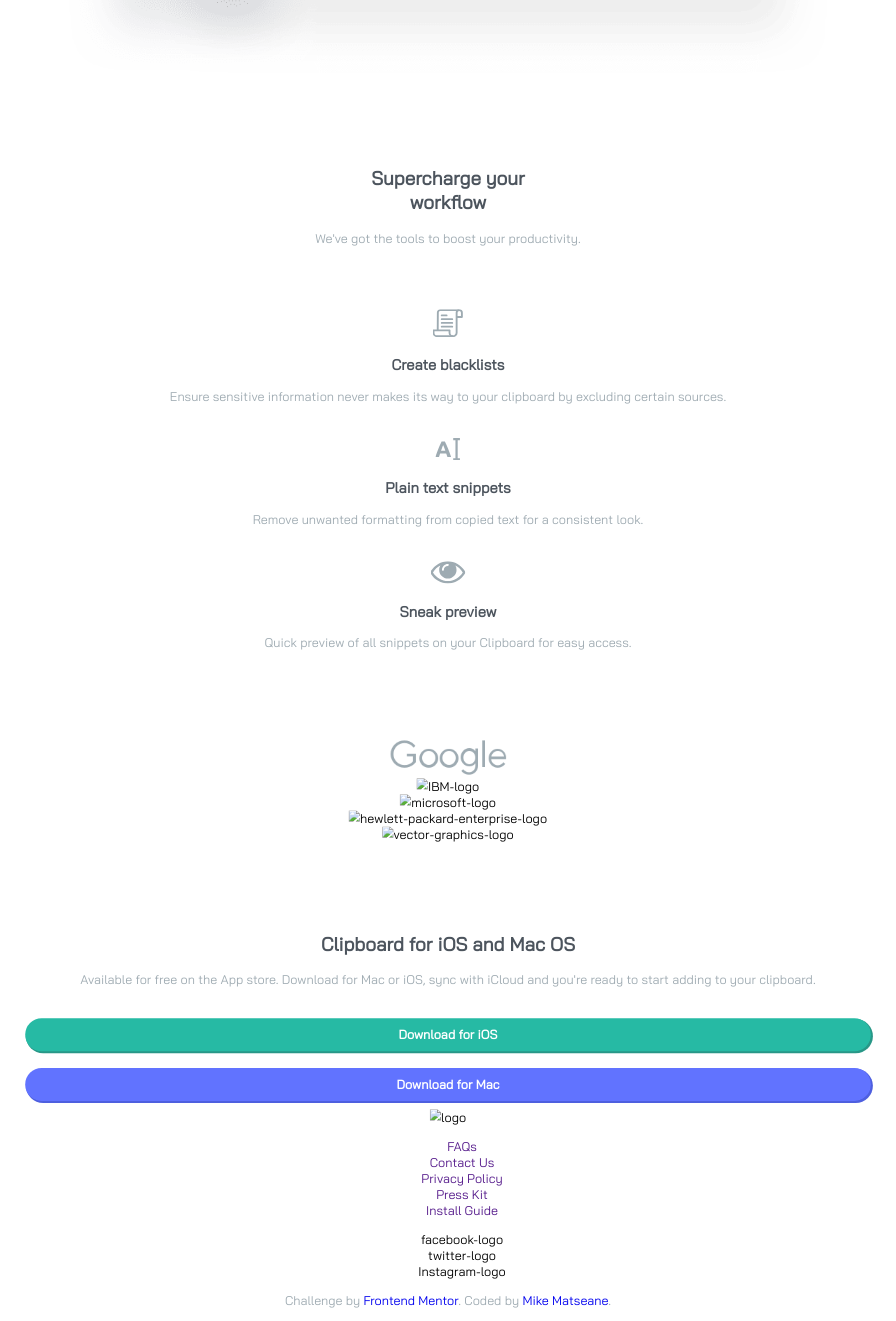
Repository: mikempho/Clipboard-landing-page
Page: index.html
The author's editor kept a copy of each file at every save. The page is drawn from the files as they stood at one save, then again after the next save.
The browser window is 1280 px wide. The pictures show the part of the page from y = 3034 to 4954 px (the page is 4921 px tall before and 4954 px after), at 70% of full size.

Above is the page before, as saved 2022-04-11 11:51:29.

### index.html
<!DOCTYPE html>
<html lang="en">
  <head>
    <meta charset="UTF-8">
    <meta name="viewport" content="width=device-width, initial-scale=1.0"> <!-- displays site properly based on user's device -->

    <link rel="icon" type="image/png" sizes="32x32" href="./images/favicon-32x32.png">
    <link rel="stylesheet" href="/css/style.css">

    <title>Frontend Mentor | Clipboard landing page</title>

  </head>
  <body>
    <header class="header">
      <img class="logo" src="/images/logo.svg" alt="">
    </header>
    <main>
      <section class="hero">
        <h1>A history of <br> everything you copy</h1>
        <p>Clipboard allows you to track and organize everything you copy, instantly access your clipboard on all your devices.</p>
        <div class="buttons">
          <a class="iOS-btn" href="#">Download for iOS</a>
          <a class="mac-btn" href="#">Download for Mac</a>
        </div>
      </section>
      <section class="section-1">
        <h2>Keep track of your <br> snippets</h2>
        <p>Clipboard instantly stores any item you copy in the cloud, meaning you can access your snippets immediately on all your devices. Our Mac and IOS apps will help you organize everything.</p>
        <div class="features">
          <img class="feature-img" src="/images/image-computer.png" alt="desktop-screen">
          <ul class="list-of-features">
            <li>
              <h3>Quick Search</h3>
              <p>Easily search your snippets by content, category, web address, application, and more.</p>
            </li>
            <li>
              <h3>iCloud Sync</h3>
              <p>Instantly saves and syncs snippets across all your devices</p>
            </li>
            <li>
              <h3>Complete History</h3>
              <p>Retrieve any snippets from the first moment you started using the app.</p>
            </li>
          </ul>
        </div>
      </section>
      <section class="section-2">
        <h2>Access Clipboard <br>Anywhere</h2>
        <p>whether you're on the go, or at your computer, you can access all your Clipboard snippets in a few simple clicks.</p>
        <img class="mobile-tablet-screen" src="/images/image-devices.png" alt="mobile-tablet-screen">
      </section>
      <section class="section-3">
        <h2>Supercharge your <br> workflow</h2>
        <p>We've got the tools to boost your productivity.</p>
        <div>
          <ul class="list-of-features">
            <li>
              <img class="feature-icons" src="/images/icon-blacklist.svg" alt="paper-img">
              <h3>Create blacklists</h3>
              <p>Ensure sensitive information never makes its way to your clipboard by excluding certain sources.</p>
            </li>
            <li>
              <img class="feature-icons" src="/images/icon-text.svg" alt="AI-logo-img">
              <h3>Plain text snippets</h3>
              <p>Remove unwanted formatting from copied text for a consistent look.</p>
            </li>
            <li>
              <img class="feature-icons" src="/images/icon-preview.svg" alt="eye-img">
              <h3>Sneak preview</h3>
              <p>Quick preview of all snippets on your Clipboard for easy access.</p>
            </li>
          </ul>
        </div>
      </section>
      <section class="section-4">
        <ul class="company-logos">
          <li><img src="/images/logo-google.png" alt="google-logo"></li>
          <li><img src="" alt="IBM-logo"></li>
          <li><img src="" alt="microsoft-logo"></li>
          <li><img src="" alt="hewlett-packard-enterprise-logo"></li>
          <li><img src="" alt="vector-graphics-logo"></li>
        </ul>
      </section>
      <section class="section-5">
        <h2>Clipboard for iOS and Mac OS</h2>
        <p>Available for free on the App store. Download for Mac or iOS, sync with iCloud and you're ready to start adding to your clipboard.</p>
        <div class="buttons">
          <a class="iOS-btn" href="">Download for iOS</a>
          <a class="mac-btn" href="">Download for Mac</a>
        </div>
      </section>
    </main>

    <footer>
      <div class="footer">
        <img src="" alt="logo">
        <ul class="footer-menu">
          <li><a href="">FAQs</a></li>
          <li><a href="">Contact Us</a></li>
          <li><a href="">Privacy Policy</a></li>
          <li><a href="">Press Kit</a></li>
          <li><a href="">Install Guide</a></li>
        </ul>
        <ul class="social-links">
          <li><a href=""></a>facebook-logo</li>
          <li><a href=""></a>twitter-logo</li>
          <li><a href=""></a>Instagram-logo</li>
        </ul>
      </div>
      <p class="attribution">
        Challenge by <a href="https://www.frontendmentor.io?ref=challenge" target="_blank">Frontend Mentor</a>.
        Coded by <a href="#">Mike Matseane</a>.
      </p>
    </footer>
  </body>
</html>

### css/style.css
/* Universal styling */
body {
    margin: 0;
    padding: 0;
    text-align: center;
    Font-size: 18px;
    font-family: Bai-Jamjuree;
}

* {
    list-style: none;
    text-decoration: none;
}

:root {
    /* Primary colors */
    --Strong-Cyan: hsl(171, 66%, 44%);
    --Light-Blue: hsl(233, 100%, 69%);
    /* Neutral colors */
    --Dark-Grayish-Blue: hsl(210, 10%, 33%);
    --Grayish-Blue: hsl(201, 11%, 66%);
    /* Spacing */
    --container-padding: 4%;
}

@font-face {
    font-family: Bai-Jamjuree;
    src: url(/Assets/Fonts/Bai_Jamjuree/BaiJamjuree-Regular.ttf);
}

h1, h2, h3{
    color: var(--Dark-Grayish-Blue);
}

p {
    color: var(--Grayish-Blue);
}

/* header section */

.header {
    background-image: url(/images/bg-header-mobile.png);
    background-repeat: no-repeat;
    background-size: cover;
}

.logo {
    margin: 8rem 0 5rem 0;
}

/* hero section */
.hero {
    padding-left: var(--container-padding);
    padding-right: var(--container-padding);
    margin-bottom: 8rem;
}

.buttons{
    margin-top: 2rem;
}
.buttons a {
    display: inline-block;
    padding: 12px 15px;
    width: 92%;
    margin: 12px 0;
    color: white;
    border-radius: 50px;
    font-weight: 600;
}

.iOS-btn {
    background-color: var(--Strong-Cyan);
    box-shadow: 2px 2px 0px 1px rgba(17, 140, 122, 0.9);

}

.mac-btn {
    background-color: var(--Light-Blue);
    box-shadow: 2px 2px 0px 1px rgba(37, 58, 216, 0.81);

}

/* Section-1 */

.section-1 {
    padding-left: var(--container-padding);
    padding-right: var(--container-padding);
    margin-bottom: 8rem;
}

.feature-img, .mobile-tablet-screen {
    margin-top: 60px;
    width: 92%;
}

/* Section-2 */

.section-2 {
    padding-left: var(--container-padding);
    padding-right: var(--container-padding);    margin-bottom: 8rem;
}

/* Section-3 */
.section-3 {
    padding-left: var(--container-padding);
    padding-right: var(--container-padding);
    margin-bottom: 8rem;
}

.feature-icons {
    margin-top: 30px;
}

.list-of-features {
    margin-top: 60px;
    padding: 0%;
}

/* Section 4 */

.section-4 {
    margin-bottom: 8rem;
}

.company-logos{
    padding: 0%;
}

After the next save:
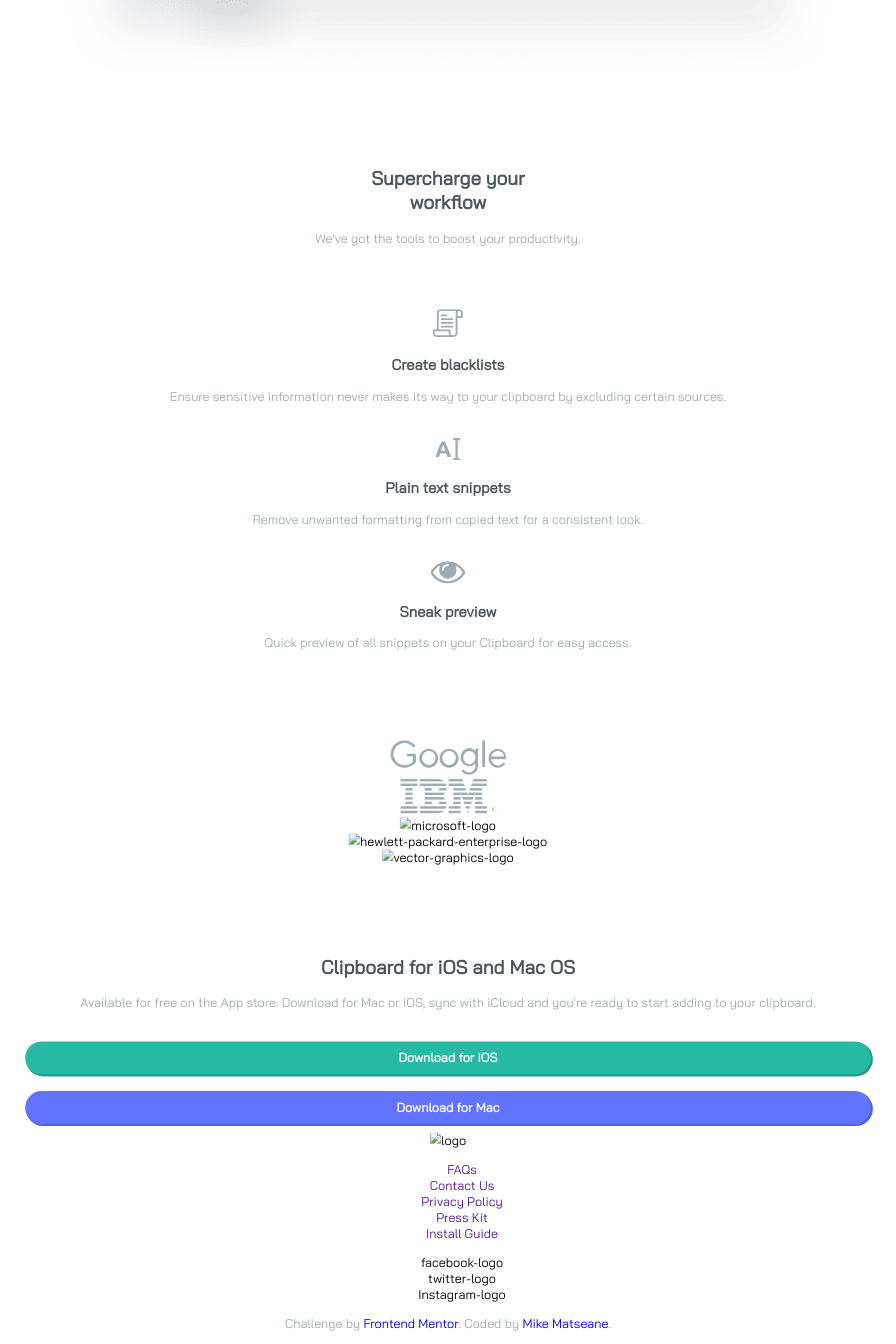
Saved 16 s later.
--- a/index.html
+++ b/index.html
@@ -75,7 +75,7 @@
       <section class="section-4">
         <ul class="company-logos">
           <li><img src="/images/logo-google.png" alt="google-logo"></li>
-          <li><img src="" alt="IBM-logo"></li>
+          <li><img src="/images/logo-ibm.png" alt="IBM-logo"></li>
           <li><img src="" alt="microsoft-logo"></li>
           <li><img src="" alt="hewlett-packard-enterprise-logo"></li>
           <li><img src="" alt="vector-graphics-logo"></li>
